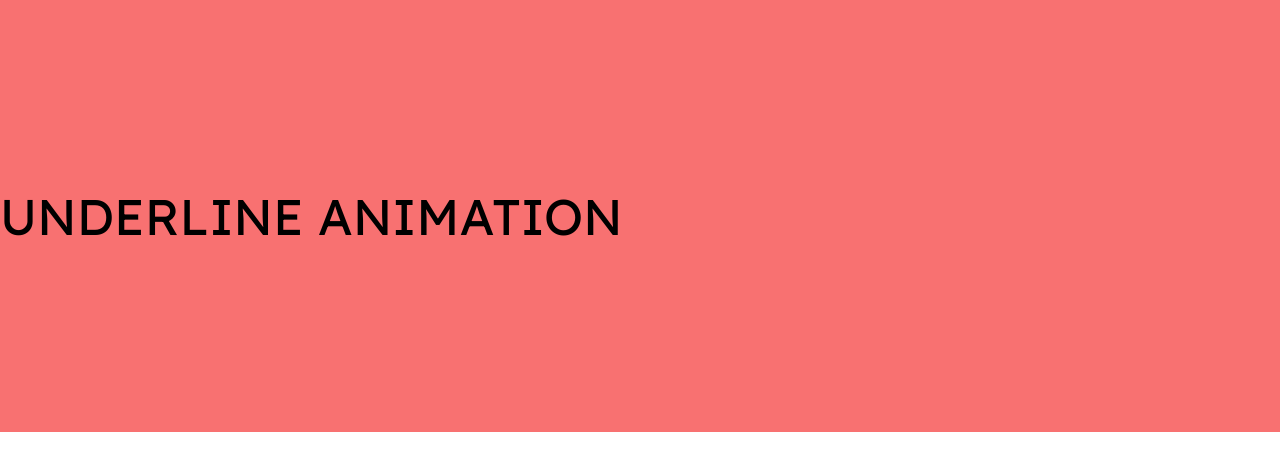
Repository: javals243/Reusable-component
Page: /
These files come from the project's save history. The page is drawn as it stood at one moment and after the next save; the edit follows.
The browser window is 1280 px wide. The pictures show the whole page.
The project was rebuilt for these pictures with package versions that can differ from the ones it lists, and the page was loaded fresh each time. The framework's server and built-in components were replaced by stand-ins that run in the browser. Also part of the build but not shown: next.config.js, components/MasonryLayout/MansonryLayout.tsx, components/ProductCard/ProductCard.tsx.

Above is the page before, as saved 2023-01-03 10:31:34.

### pages/index.tsx
import Head from 'next/head'
import Image from 'next/image'
import { Inter } from '@next/font/google'
import styles from '../styles/Home.module.css'
import { MansonryLayout, ProductCard, UnderlineAnimation } from '../components'


const inter = Inter({ subsets: ['latin'] })

export default function Home() {
  return (
    <>
    {/* <MansonryLayout/> */}
    {/* <ProductCard/> */}
    <UnderlineAnimation/>
    </>
  )
}

### styles/globals.css
@import url('https://fonts.googleapis.com/css2?family=Readex+Pro:wght@200;300;400;500;600&display=swap');
@layer base {
    body {
        font-family: 'Readex Pro', sans-serif;
    }
}

@tailwind base;
@tailwind components;
@tailwind utilities;
@layer components {
    .card {
        @apply bg-white text-gray-700 w-72 min-h-[10rem] shadow-lg rounded-md overflow-hidden
    }
    .badge {
        @apply px-3 py-1 rounded-full text-xs bg-gray-100
    }
    .product-title {
        @apply font-semibold text-2xl overflow-ellipsis overflow-hidden whitespace-nowrap
    }
    .discount-percent {
        @apply bg-green-400 px-1.5 py-0.5 rounded-md text-xs text-white
    }
    .button-primary{
      @apply bg-yellow-500/80 hover:bg-yellow-500/90 rounded-md px-6 py-2 text-white font-medium tracking-wide transition
    }
    .underlineAnimation{
        @apply  text-[50px] no-underline relative uppercase text-black after:block after:absolute   after:bottom-0 after:h-[2px] w-[100%]   rounded-[9999px] after:content-[""] after:scale-0 after:ease-in-out after:duration-300 hover:after:scale-100
    }
}

### components/index.ts
export * from "./MasonryLayout/MansonryLayout"
export * from "./ProductCard/ProductCard"
export * from "./UnderlineAnimation/UnderlineAnimation"

### components/UnderlineAnimation/UnderlineAnimation.tsx
import React from 'react'

function UnderlineAnimation() {
  return (
    <div className="flex h-[60vh] bg-red-400  justify-center items-center">
      <a
        href=""
        className='underlineAnimation'

      >
        Underline Animation
      </a>
    </div>
  );
}

export  {UnderlineAnimation}

### tailwind.config.js
/** @type {import('tailwindcss').Config} */
module.exports = {
    content: [
        "./pages/**/*.{js,ts,jsx,tsx}",
        "./components/**/*.{js,ts,jsx,tsx}",
    ],
    theme: {
        extend: {},
    },
    plugins: [],
}

Loaded but not shown: pages/_app.tsx (common file); pages/_document.tsx (common file)

After the next save:
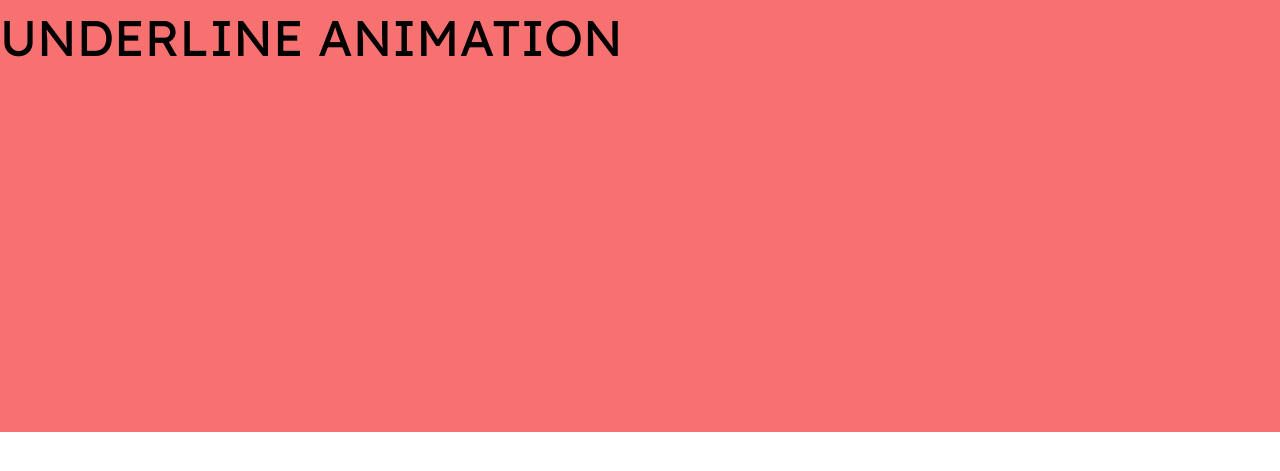
Saved 15 s later.
--- a/components/UnderlineAnimation/UnderlineAnimation.tsx
+++ b/components/UnderlineAnimation/UnderlineAnimation.tsx
@@ -5,7 +5,7 @@
     <div className="flex h-[60vh] bg-red-400  justify-center items-center">
       <a
         href=""
-        className='underlineAnimation'
+        className='h-full w-full underlineAnimation'
 
       >
         Underline Animation

After the save that followed:
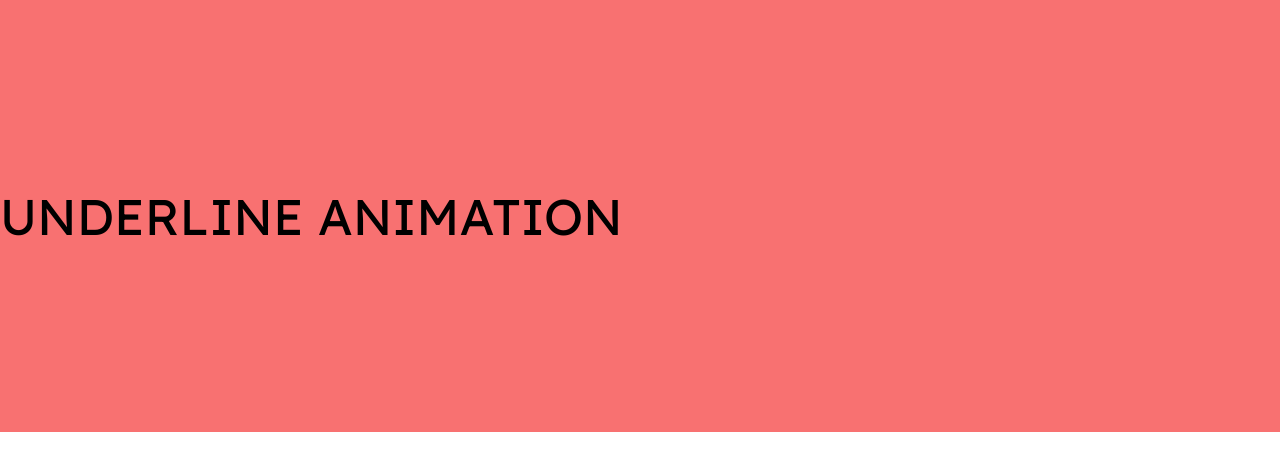
Saved 6 s later.
--- a/components/UnderlineAnimation/UnderlineAnimation.tsx
+++ b/components/UnderlineAnimation/UnderlineAnimation.tsx
@@ -5,7 +5,7 @@
     <div className="flex h-[60vh] bg-red-400  justify-center items-center">
       <a
         href=""
-        className='h-full w-full underlineAnimation'
+        className=' underlineAnimation'
 
       >
         Underline Animation
